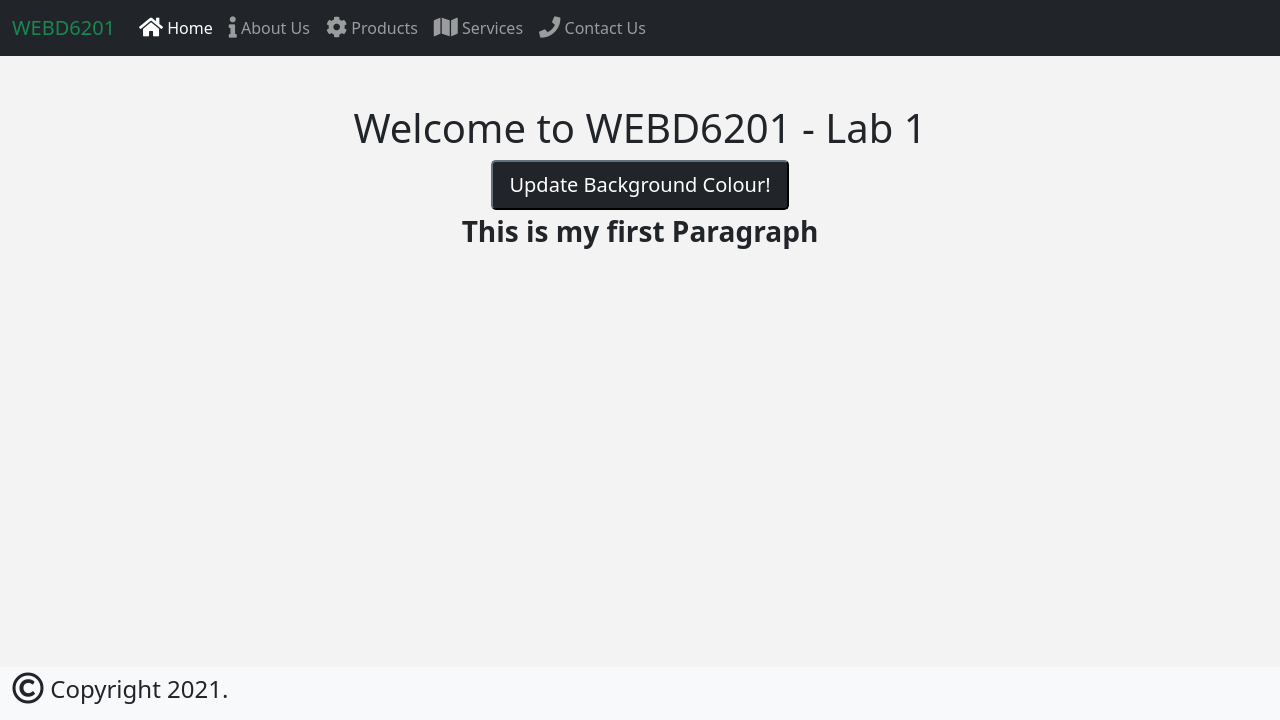
Repository: alto4/Lab-2-Nick-Scott-WEBD6201
Page: index.html
The author's editor kept a copy of each file at every save. The page is drawn from the files as they stood at one save, then again after the next save.
The browser window is 1280 px wide. The pictures show the whole page.

Above is the page before, as saved 2021-01-31 13:36:51.

### index.html
<!DOCTYPE html>
<html lang="en">

<head>
  <meta charset="UTF-8">
  <meta name="viewport" content="width=device-width, initial-scale=1.0">
  <title>Home</title>
  <!-- CSS Section -->
  <link rel="stylesheet" href="./node_modules/bootstrap/dist/css/bootstrap.min.css">
  <link rel="stylesheet" href="./node_modules/@fortawesome/fontawesome-free/css/all.min.css">
  <link rel="stylesheet" href="./Content/app.css">
</head>

<body>
  <!-- Main Header -->
  <header>
    <!-- Main Navigation -->
    <nav class="navbar navbar-expand-lg navbar-dark bg-dark">
      <div class="container-fluid">
        <a class="navbar-brand text-success" href="index.html">WEBD6201</a>
        <button class="navbar-toggler" type="button" data-bs-toggle="collapse" data-bs-target="#navbarSupportedContent"
          aria-controls="navbarSupportedContent" aria-expanded="false" aria-label="Toggle navigation">
          <span class="navbar-toggler-icon"></span>
        </button>
        <div class="collapse navbar-collapse" id="navbarSupportedContent">
          <ul class="navbar-nav me-auto mb-2 mb-lg-0">
            <li class="nav-item">
              <a class="nav-link active" aria-current="page" href="index.html"><i class="fas fa-home fa-lg"></i>
                Home</a>
            </li>

            <li class="nav-item">
              <a class="nav-link" aria-current="page" href="about.html"><i class="fas fa-info fa-lg"></i> About Us</a>
            </li>

            <li class="nav-item">
              <a class="nav-link" aria-current="page" href="products.html"><i class="fas fa-cog fa-lg"></i> Products</a>
            </li>

            <li class="nav-item">
              <a class="nav-link" aria-current="page" href="services.html"><i class="fas fa-map fa-lg"></i> Services</a>
            </li>

            <li class="nav-item">
              <a class="nav-link" aria-current="page" href="contact.html"><i class="fas fa-phone fa-lg"></i> Contact
                Us</a>
            </li>
          </ul>
        </div>
      </div>
    </nav>
  </header>

  <!-- Main Content -->
  <div id="a">
    <main class="container py-5 text-center">
      <h1>Welcome to WEBD 6201</h1>

      <p id="paragraphOne"></p>


    </main>
  </div>
  <!-- Main Footer -->
  <footer>
    <nav class="navbar fixed-bottom navbar-light bg-light">
      <div class="container-fluid">
        <h4><i class="far fa-copyright fa-lg"></i> Copyright 2021.</h4>
      </div>
    </nav>
  </footer>

  <!-- Script Section-->
  <script src="./node_modules/jquery/dist/jquery.min.js"></script>
  <script src="./node_modules/bootstrap/dist/js/bootstrap.bundle.min.js"></script>
  <script src="./Scripts/app.js"></script>
</body>

</html>

### Content/app.css
/* custom css goes here */

.finn {
    background-image: url('../Assets/finnlogo.png');
    background-repeat: repeat;
    background-size: cover;
}

### Scripts/app.js
/* custom JavaScript goes here */

//IIFE - Immediately Invoked Function Expression
//AKA - Anonymous Self-Executing Function
//Closure - limits scope leak

"use strict";
/* Example of a class being created with brand new functions
let myContact =
{
  "firstName":"Nick SF",
  "contactNumber":"905-123-4567",
  "emailAddress":"email@test.com",
  "saysHello":function() { console.log(`${fullName} says Hello!`); },
  "someOtherObject":{  "friendsList":["Tony", "Stephen", "Peter"]  }

};*/


(function()
{

    function displayHome()
    {
      function bgFunction()
      {
      //  mainContent.insertAdjacentHTML(mainContent, "<p>This was added by a butto</p>")
        document.body.style.backgroundImage = "url('https://images.pexels.com/photos/1658967/pexels-photo-1658967.jpeg?auto=compress&cs=tinysrgb&dpr=2&h=650&w=940')";
      }
      document.body.style.backgroundColor = "#F3F3F3";
      //document.querySelector("main").style.background = "url(../Assets/finnlogo.ico)";

        let paragraphOneText =
          "This is a simple site to demonstrate DOM Manipulation for ICE 1";

        let paragraphOneElement = document.getElementById("paragraphOne");

        paragraphOneElement.textContent = paragraphOneText;
        paragraphOneElement.className = "fs-5";

        // Step 1. document.createElement
        let newParagraph = document.createElement("p");
        // Step 2. configure the element
        newParagraph.setAttribute("id", "paragraphTwo");
        newParagraph.textContent = "...And this is paragraph two";
        // Step 3. select the parent element
        let mainContent = document.getElementsByTagName("main")[0];
        // Step 4. Add / Insert the element
        mainContent.appendChild(newParagraph);

        newParagraph.className = "fs-6";

        // another way of injecting content
        let paragraphDiv = document.createElement("div");
        let paragraphThree = `<p id="paragraphThree" class="fs-7 fw-bold">And this is the Third Paragraph</p>`;
        paragraphDiv.innerHTML = paragraphThree;

        // insertions

        // example of inserting before a node
        //newParagraph.before(paragraphDiv);

        // example of inserting after a node
        newParagraph.after(paragraphDiv);

        // deletions

        // example of removing a single element
        //paragraphOneElement.remove();

        // example of removeChild
        mainContent.removeChild(paragraphOneElement);

        // update / modification
        //mainContent.firstElementChild.textContent = "Welcome Home!";

        mainContent.innerHTML = `<h1 id="firstHeading">Welcome to WEBD6201 - Lab 1</h1>
        <button type="button" id="updateBackground" class="btn-lg btn-dark">Update Background Colour!</button>
         <p id="paragraphOne" class="fs-3 fw-bold">This is my first Paragraph</p>
        `;

      const backgroundButton = document.querySelector('#updateBackground');

      backgroundButton.addEventListener("click", bgFunction);

    }

    function displayAbout()
    {
      // Grab container element
      const container = document.querySelector(".container");
      // Heading
      const heading = document.createElement("h1");
      heading.innerText = "Meet Scott & Nick";
      heading.style.textDecoration = "underline";
      heading.style.textDecorationColor = "green";
      container.appendChild(heading);

      // About Scott
      const aboutContainer = document.createElement("div");
      const aboutTextContainer = document.createElement("div");
      const aboutText = document.createElement("p");
      aboutTextContainer.classList.add("col-lg-6", "p-4");
      aboutText.innerText = "Scott is a full-stack developer based in Whitby, Ontario. I enjoy woring with JavaScript, Ruby on Rails,\
       and C#. Before coming to Durham College and pursuing a change in career direction, I worked as a cook and musician, and also \
       teach guitar and piano lessons. I love creating things from scratching and breaking down complex problems.";

      aboutTextContainer.appendChild(aboutText);


      // Button to view Scott resume
      const resumeButton = document.createElement("btn");
      resumeButton.innerText = "View Resume";
      resumeButton.classList.add("btn", "btn-success");
      aboutTextContainer.appendChild(resumeButton);

       const aboutImage = document.createElement("div");
      aboutImage.innerHTML = `<img src="../Assets/scottaltonpic.jpg" class="col-lg-6" />`
      aboutImage.classList.add("col-lg-6");
      aboutContainer.classList.add("row");

      aboutContainer.innerHTML = "<h3>Scott Alton</h3>";
      aboutContainer.appendChild(aboutTextContainer);
      aboutContainer.appendChild(aboutImage);
      container.appendChild(aboutContainer);


      // Scott picture
      // Nick picture
      // About Nick
      // Button to view Nick resume
      // Button to view projects and contact
        let newParagraph = document.createElement("p");
        let subheadingText = "About Scott & Nick";

        let paragraphOneElement = document.getElementById("paragraphOne");

    }

    function displayProjects()
    {

    }

    function displayServices()
    {

    }

    function displayContact()
    {
        let messageArea = document.getElementById("messageArea");
        messageArea.hidden = true;

        // form validation
        let fullName = document.getElementById("fullName");
        fullName.addEventListener("blur", function() {
            if(fullName.value.length < 2)
            {
                fullName.focus();
                fullName.select();
                messageArea.hidden = false;
                messageArea.className = "alert alert-danger";
                messageArea.textContent = "Please enter an appropriate Name";
            }
            else
            {
                messageArea.removeAttribute("class");
                messageArea.hidden = true;
            }
        });

        let sendButton = document.getElementById("sendButton");
        sendButton.addEventListener("click", function(event){
            //event.preventDefault();
            let contact = new Contact(fullName.value, contactNumber.value, emailAddress.value);
            console.log(contact.serialize());

            if(contact.serialize()) //checking if the serialized object exists
            {
              localStorage.setItem((localStorage.length + 1).toString(), contact.serialize());
            }

            fullName.value = "";
            contactNumber.value = "";
            emailAddress.value = "";
        });
    }
    function displayContactList()
    {

      if(localStorage.length > 0)
      {
        let contactList = document.getElementById("contactList");

        let data = "";

        for (let index = 0; index < localStorage.length; index++)
        {
          let contactData = localStorage.getItem((index + 1).toString());

          console.log(contactData);

          let contact = new Contact();
          contact.deserialize(contactData);

          data += `<tr>
                  <th scope="row">${index + 1}</th>
                  <td>${contact.FullName}</td>
                  <td>${contact.ContactNumber}</td>
                  <td>${contact.EmailAddress}</td>
                  </tr>`;
        }

        contactList.innerHTML = data;
      }


    }

    function Start()
    {
        console.log("App Started...");

        switch (document.title)
        {
          case "Home":
              displayHome();
            break;
          case "About":
              displayAbout();
            break;
          case "Projects":
              displayProjects();
            break;
          case "Services":
              displayServices();
            break;
          case "Contact":
              displayContact();
            break;
          case "Contact-List":
              displayContactList();
            break;
        }

    }

    window.addEventListener("load", Start);

})();

Loaded but not shown: node_modules/bootstrap/dist/css/bootstrap.min.css (library); node_modules/@fortawesome/fontawesome-free/css/all.min.css (library); node_modules/jquery/dist/jquery.min.js (library); node_modules/bootstrap/dist/js/bootstrap.bundle.min.js (library)

After the next save:
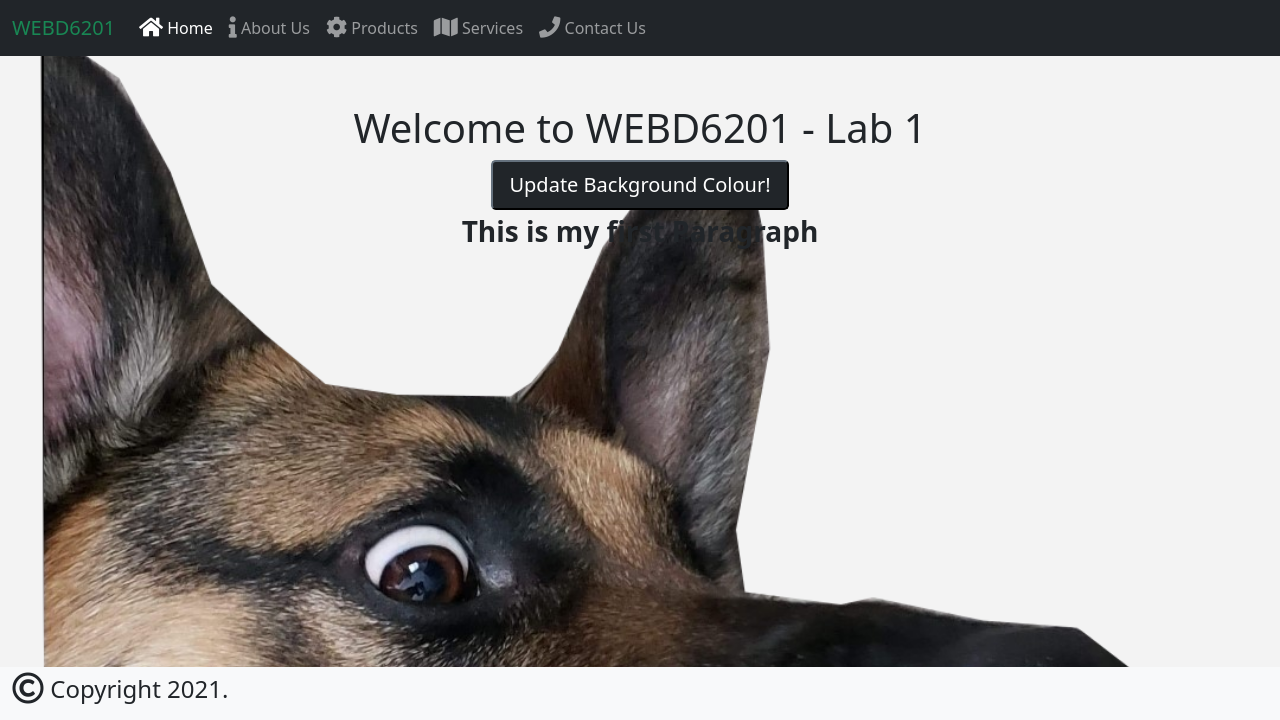
Saved 17 s later.
--- a/index.html
+++ b/index.html
@@ -11,7 +11,7 @@
   <link rel="stylesheet" href="./Content/app.css">
 </head>
 
-<body>
+<body class="finn">
   <!-- Main Header -->
   <header>
     <!-- Main Navigation -->

After the save that followed:
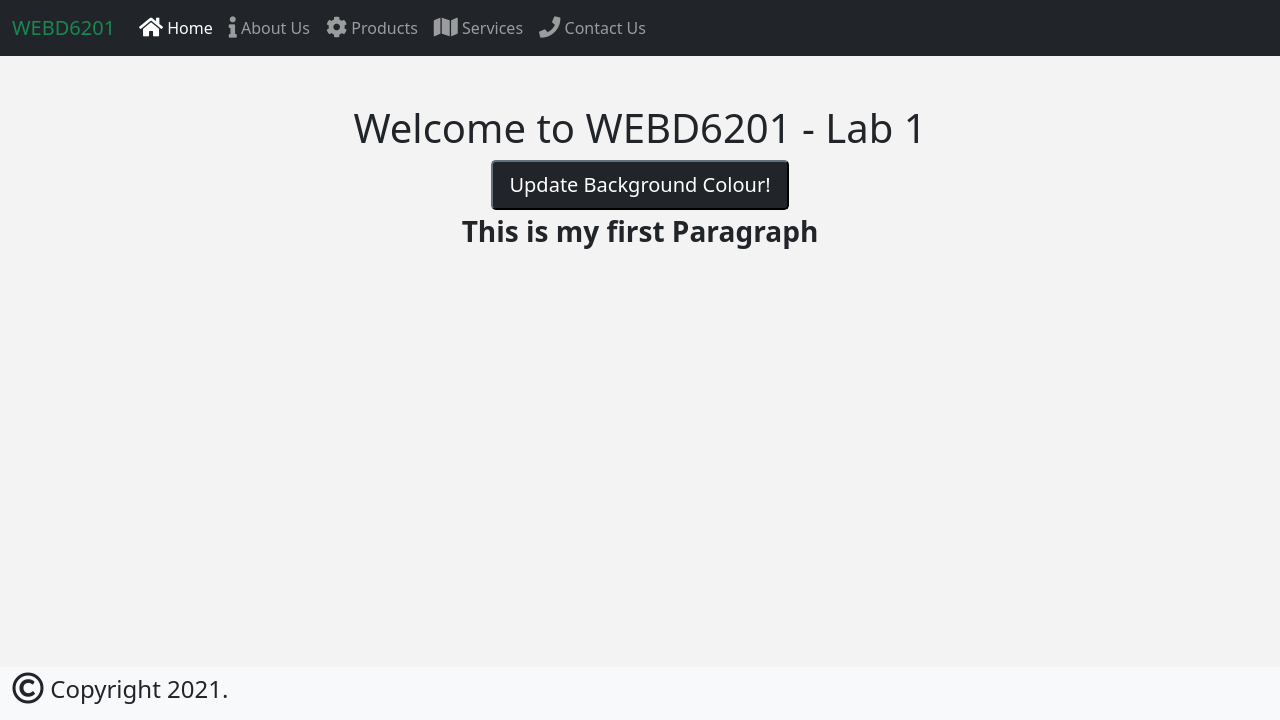
Saved 19 s later.
--- a/index.html
+++ b/index.html
@@ -11,7 +11,7 @@
   <link rel="stylesheet" href="./Content/app.css">
 </head>
 
-<body class="finn">
+<body >
   <!-- Main Header -->
   <header>
     <!-- Main Navigation -->
